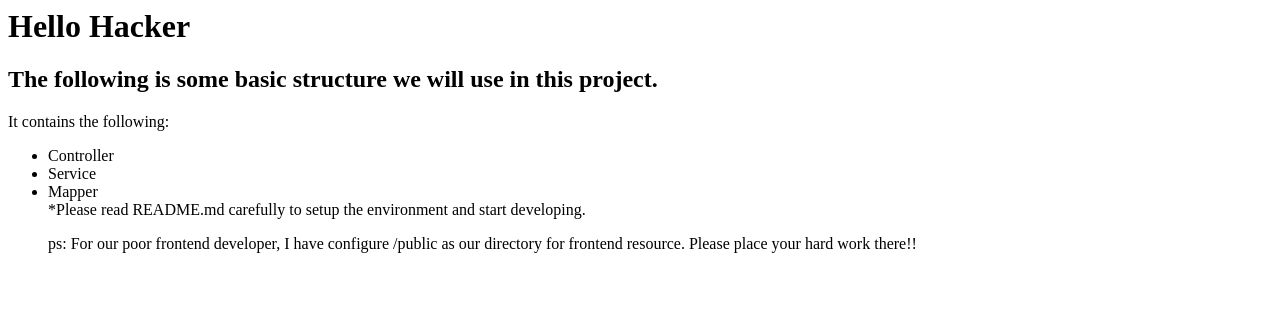
Repository: chenhongye11/DiDongBaBong
Page: didongbabong/src/main/webapp/public/index.html
The author's editor kept a copy of each file at every save. The page is drawn from the files as they stood at one save, then again after the next save.
The browser window is 1280 px wide. The pictures show the whole page.

Above is the page before, as saved 2021-01-30 01:43:36.

After the next save:
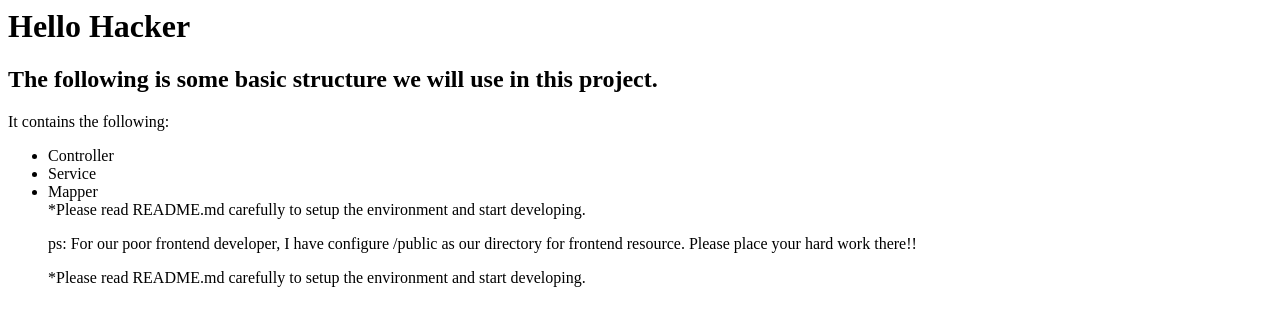
Saved 20 s later.
--- a/didongbabong/src/main/webapp/public/index.html
+++ b/didongbabong/src/main/webapp/public/index.html
@@ -11,5 +11,7 @@
 
 
 <p>ps: For our poor frontend developer, I have configure /public as our directory for frontend resource. Please place your hard work there!!</p>
+<div>*Please read README.md carefully to setup the environment and start developing.</div>
+
 </ul>
 </html>
